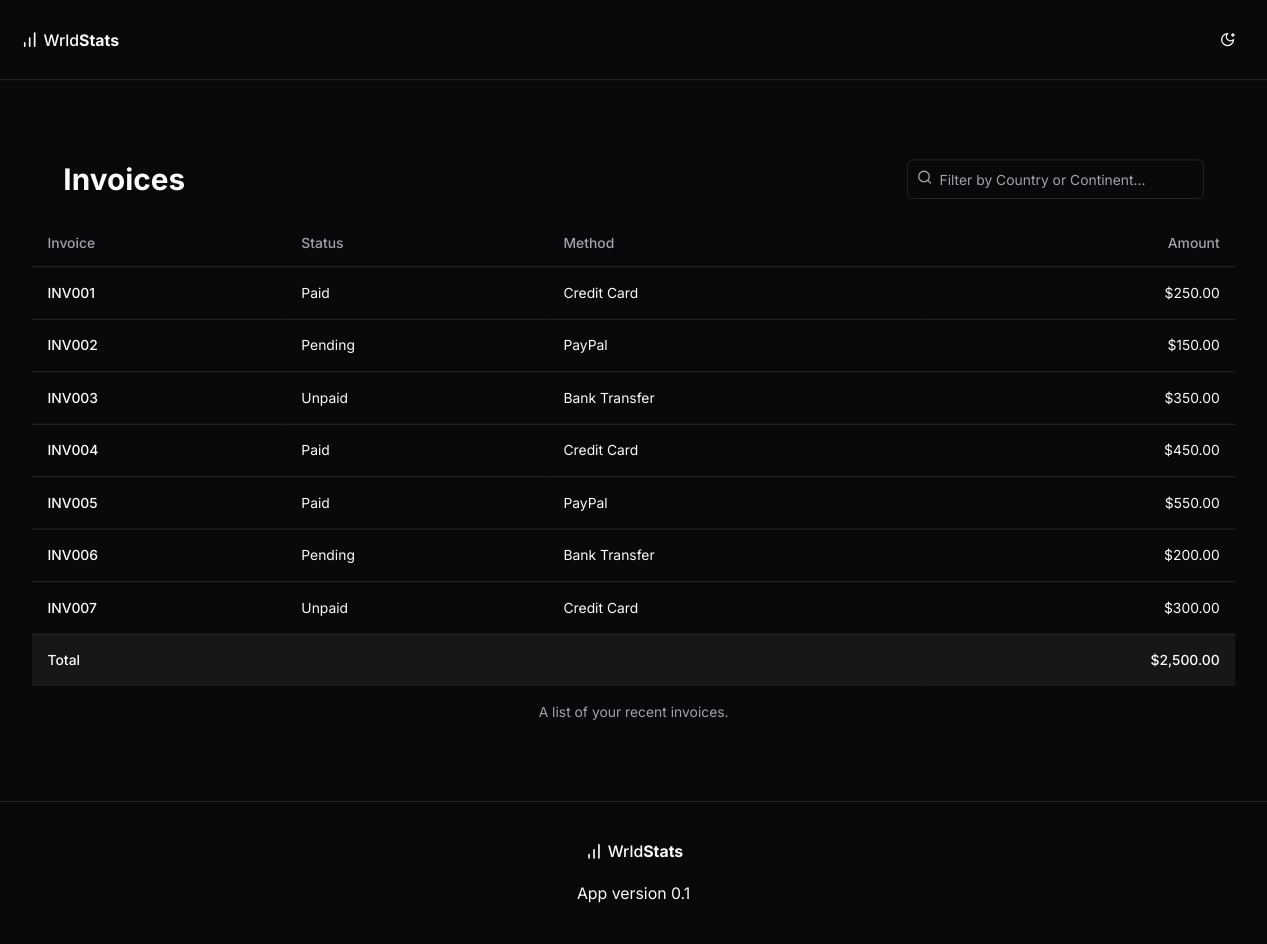
Repository: tushcmd/wrld-stats
Page: /
An editor plug-in stored every save of this project. The page is shown before and after the next save, followed by the edit.
The browser window is 1280 px wide. The pictures show the whole page, at 99% of full size.
The project was rebuilt for these pictures with package versions that can differ from the ones it lists, and the page was loaded fresh each time. The framework's server and built-in components were replaced by stand-ins that run in the browser. Also part of the build but not shown: next.config.mjs.

Above is the page before, as saved 2024-04-21 17:26:29.

After the next save:
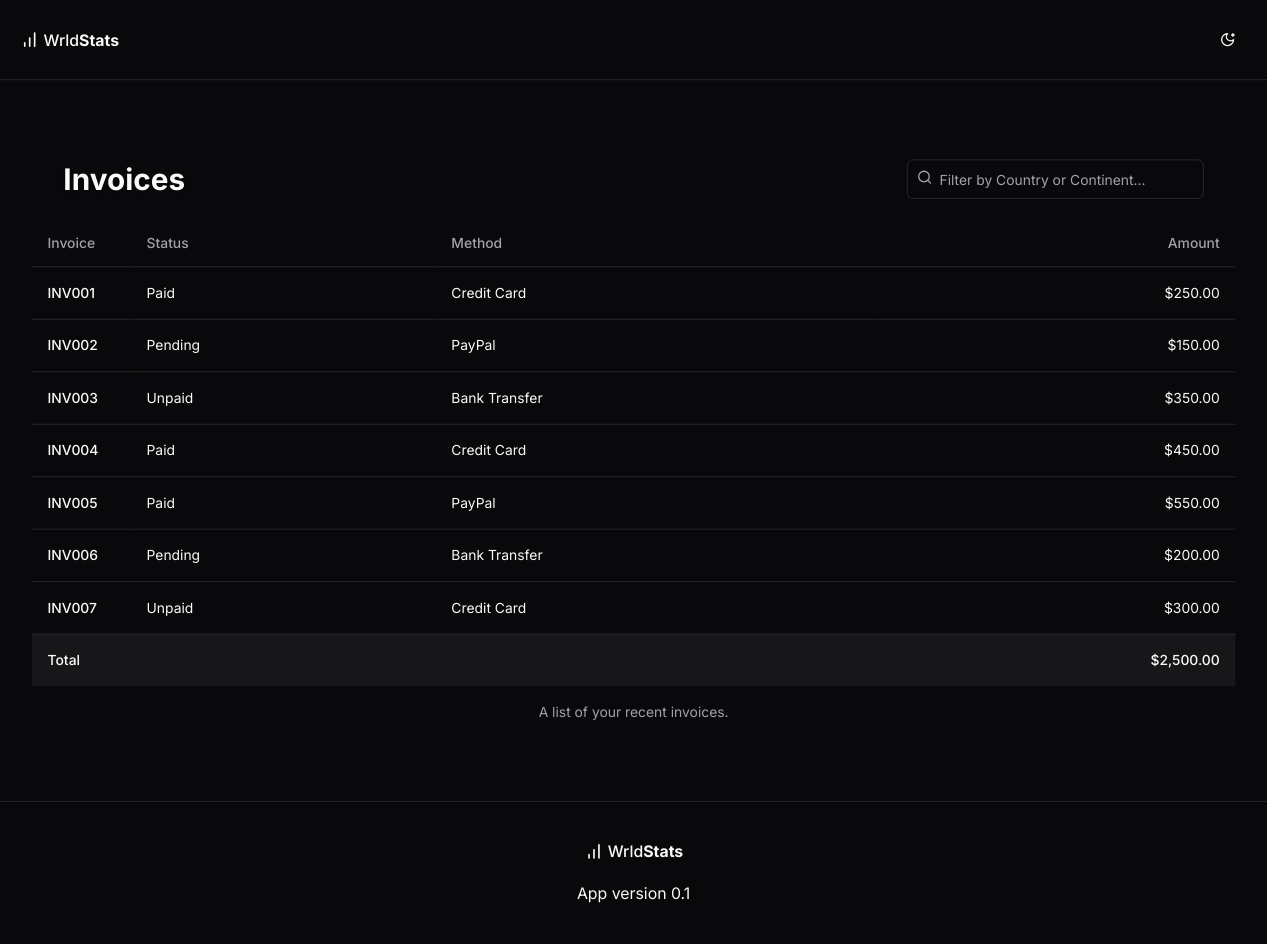
Saved 37 s later.
--- a/components/list.tsx
+++ b/components/list.tsx
@@ -60,7 +60,7 @@ export function TableDemo() {
             <TableCaption>A list of your recent invoices.</TableCaption>
             <TableHeader>
                 <TableRow>
-                    <TableHead className="">Invoice</TableHead>
+                    <TableHead className="w-[100px]">Invoice</TableHead>
                     <TableHead>Status</TableHead>
                     <TableHead>Method</TableHead>
                     <TableHead className="text-right">Amount</TableHead>
